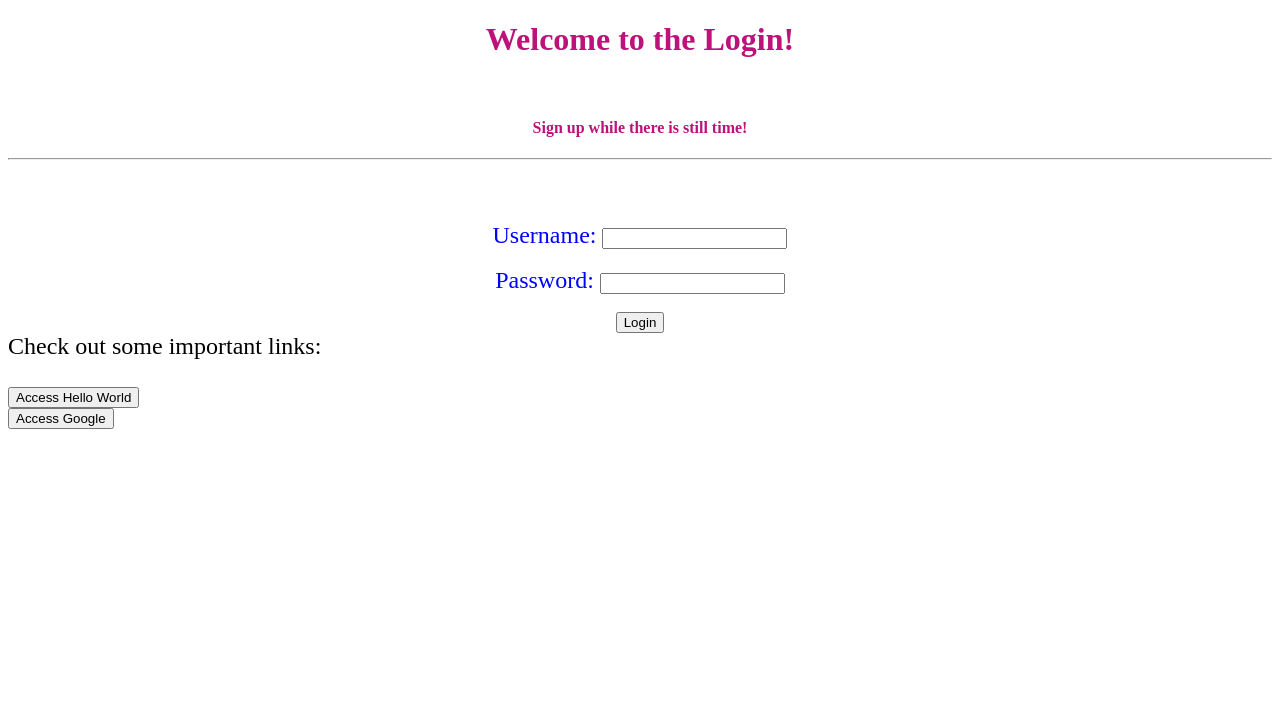
Repository: apoorvelec/WebApps
Page: Calculator/WebContent/Login.html
These files come from the project's save history. The page is drawn as it stood at one moment and after the next save; the edit follows.
The browser window is 1280 px wide. The pictures show the whole page.

Above is the page before, as saved 2016-05-26 00:27:24.
Not found: Calculator/WebContent/LoginBack.jpg

### Calculator/WebContent/Login.html
<!DOCTYPE html PUBLIC "-//W3C//DTD HTML 4.01 Transitional//EN" "http://www.w3.org/TR/html4/loose.dtd">
<html>
<head>
<title>Welcome to Login</title>
<meta http-equiv="refresh" content="5" />
</head>
<body style='background-image:url(LoginBack.jpg);background-size:cover'>


<h1 align="center"><font color="BC1279">Welcome to the Login!</font></h1><br />
<h4 align="center"><font color="BC1279"> Sign up while there is still time!</font></h4>
<hr />
<br />
<br />
<br />
<div align="center" >
<form>
<font color="0000FF" size="5">Username: </font><input type="text" name="Username"><br />
<br />
<font color="0000FF" size="5">Password: </font><input type="text" name="Password"><br />
<br />
<input type="submit" value="Login">
</form>
</div>

<div align="left" valign="bottom">
<font color="black" size="5">
Check out some important links: <br /><br />
<form action="HelloWorld.html">
<input type="submit" value="Access Hello World">
</form>
<form action="http://google.com">
<input type="submit" value="Access Google">
</form>
</font>
</div>

</body>
</html>

After the next save:
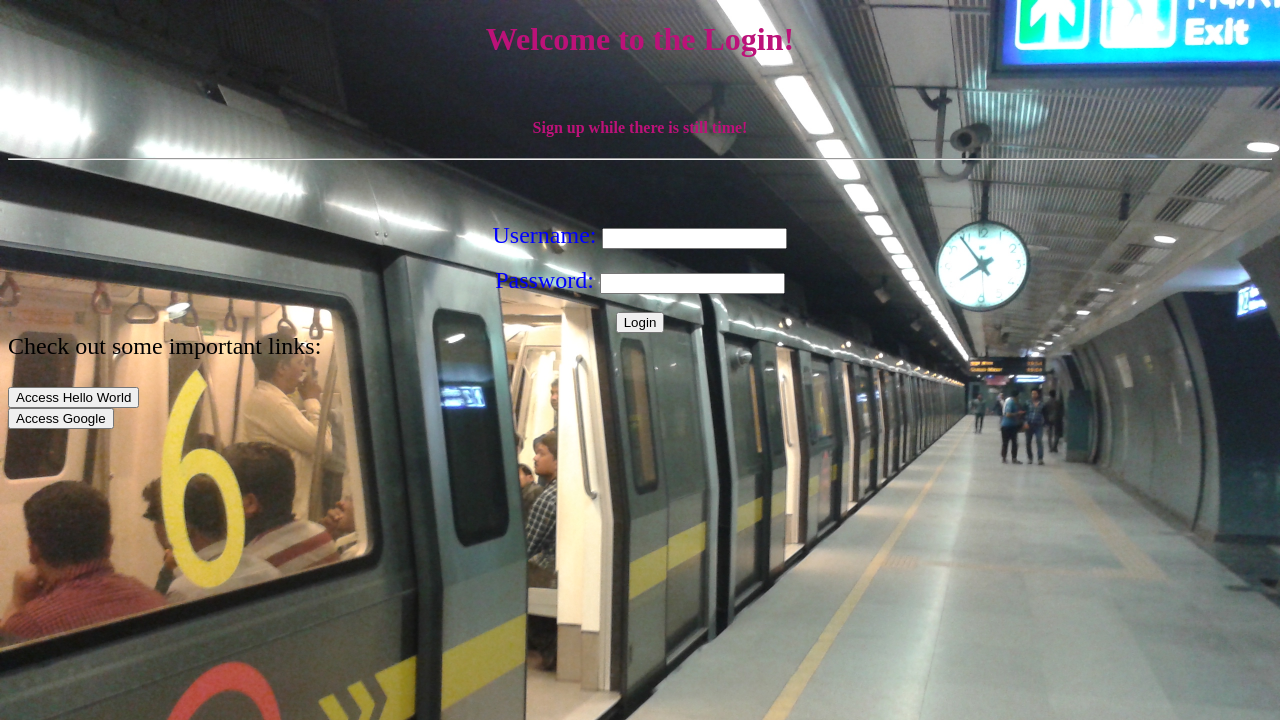
Saved 4 min 49 s later.
--- a/Calculator/WebContent/Login.html
+++ b/Calculator/WebContent/Login.html
@@ -4,7 +4,7 @@
 <title>Welcome to Login</title>
 <meta http-equiv="refresh" content="5" />
 </head>
-<body style='background-image:url(LoginBack.jpg);background-size:cover'>
+<body style='background-image:url(images/LoginBack.jpg);background-size:cover'>
 
 
 <h1 align="center"><font color="BC1279">Welcome to the Login!</font></h1><br />
